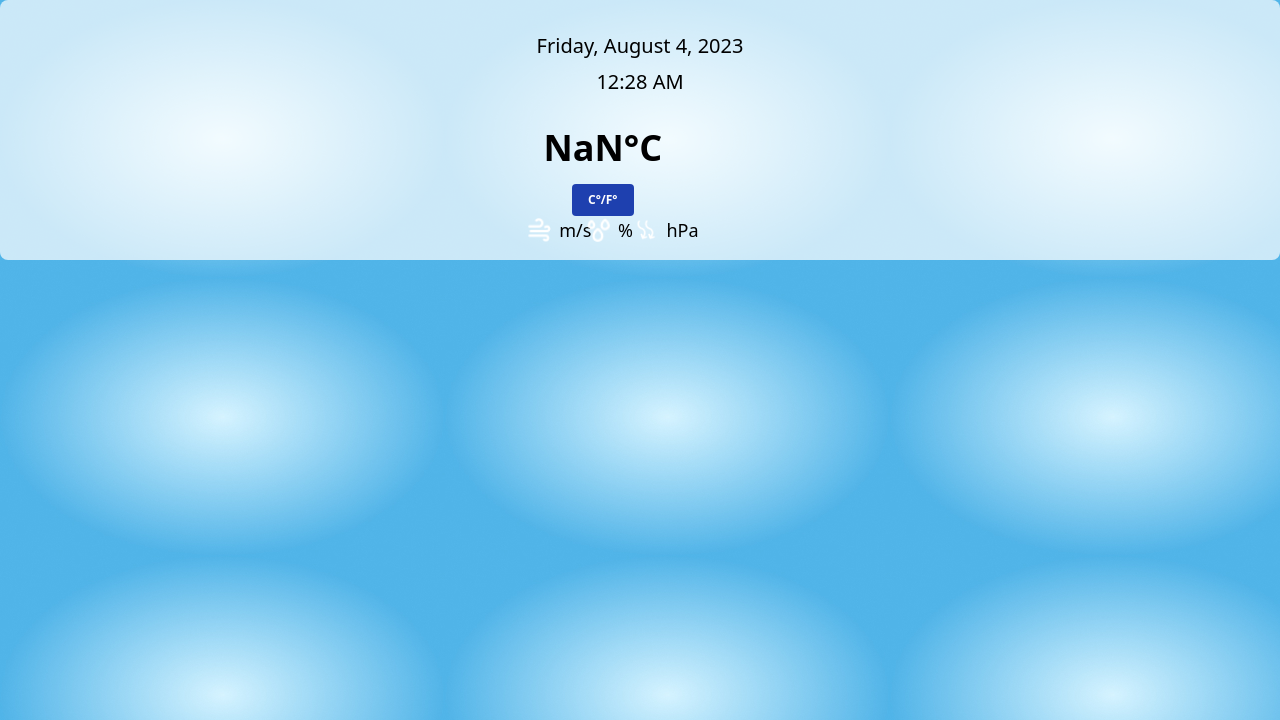
Repository: LukasMoyano/WeatherApp-_-LukasMoyano-_-V-_4.0_6.6.6
Page: /
An editor plug-in stored every save of this project. The page is shown before and after the next save, followed by the edit.
The browser window is 1280 px wide. The pictures show the whole page.
The page's requests for data from a server got no answer. The project was rebuilt for these pictures with package versions that can differ from the ones it lists, and the page was loaded fresh each time. No one was signed in, and anything a server would have sent is missing. Also part of the build but not shown: vite.config.js.

Above is the page before, as saved 2023-08-04 00:31:14.

### index.html
<!DOCTYPE html>
<html lang="en">
  <head>
    <meta charset="UTF-8" />
    <link rel="icon" type="image/png" href="thor-hammer.png">
    <meta name="viewport" content="width=device-width, initial-scale=1.0" />
    <title>WeatherApp - LukasMoyano-_-V-_2.1.1</title>
  </head>
  <body>
    <div id="root"></div>
    <script type="module" src="/src/main.jsx"></script>
  </body>
</html>

### src/main.jsx
import React from 'react'
import ReactDOM from 'react-dom/client'
import App from "/src/App.jsx";

ReactDOM.createRoot(document.getElementById('root')).render(
  <React.StrictMode>
    <App />
  </React.StrictMode>,
)

### src/App.jsx
import { useEffect, useState } from "react";
import axios from "axios";
import Weather from "./components/Weather";
import "./App.css";

function App() {
  const [weatherInfo, setWeatherInfo] = useState(null);

  useEffect(() => {
    navigator.geolocation.getCurrentPosition(success);
  }, []);

  const success = (pos) => {
    console.log(pos);

    const lat = pos.coords.latitude;
    const lon = pos.coords.longitude;
    console.log({ lat, lon });

    const API_KEY = "f61630c5193995d939b6b8024057b009";

    const url = `https://api.openweathermap.org/data/2.5/weather?lat=${lat}&lon=${lon}&appid=${API_KEY}`;

    console.log(url)

    axios
      .get(url)
      .then(({ data }) => setWeatherInfo(data))
      .catch((err) => console.log(err))
  };

  return (
    <main className="bg-[url('/public/background/image001_LightVersion.jpg')] min-h-screen text-whte font-lato">
      <Weather weatherInfo={weatherInfo} />
    </main>
  );
}

export default App;

{/* <main classeName= img="image001_LightVersion.jpg"> */}
 {/* <div className="default-background min-h-screen flex flex-col items-center justify-center"> */}
   {/* <div className="w-full md:max-w-md mx-auto bg-gradient-to-br from-blue-200 to-blue-500 rounded-lg shadow-lg p-4"> */}
     {/* <h1 className="text-center text-3xl font-bold mb-4 font-sans header"> */}
       {/* Lukas<div className="font-bold text-5xl">Weather</div>App 4.0</h1> */}
   {/* </div> */}
 {/* </div> */}
 {/* </main> */}

### src/components/Weather.jsx
import { useState } from "react";

const Weather = ({ weatherInfo }) => {
  const [isCelsius, setIsCelsius] = useState(true);

  // Función para alternar entre Celsius y Fahrenheit al hacer clic en el botón
  const toggleTemperatureUnit = () => {
    setIsCelsius(!isCelsius); // Cambiar la unidad de temperatura entre Celsius y Fahrenheit
  };

  // Función para convertir la temperatura a la unidad seleccionada (Celsius o Fahrenheit)
  const convertTemperature = (temperature) => {
    if (isCelsius) {
      return Math.round(temperature - 273.15) + "°C"; // Conversión a Celsius
    } else {
      return Math.round(((temperature - 273.15) * 9) / 5 + 32) + "°F"; // Conversión a Fahrenheit
    }
  };

  // Función para obtener la fecha y hora actuales
  const getCurrentDateTime = () => {
    const currentDate = new Date();
    const options = {
      weekday: "long",
      day: "numeric",
      month: "long",
      year: "numeric",
    };
    const date = currentDate.toLocaleDateString(undefined, options); // Obtener la fecha actual
    const time = currentDate.toLocaleTimeString(undefined, {
      hour: "numeric",
      minute: "numeric",
    }); // Obtener la hora actual
    return { date, time };
  };

  const { date, time } = getCurrentDateTime(); // Obtener la fecha y la hora actuales

  return (
    <section className="justify-items-center bg-white bg-opacity-70 p-4 rounded-lg text-center">
      <h2 className="text-2xl font-bold mb-4">{weatherInfo?.name}</h2>
      <p className="text-2xl mb-2">{weatherInfo?.sys?.country}</p>
      <p className="text-xl mb-2">{date}</p> {/* Mostrar la fecha */}
      <p className="text-xl">{time}</p> {/* Mostrar la hora */}
      <div className="flex flex-col md:flex-row md:items-start mt-4">
        <div className="md:w-2/3 md:mr-4">
          <article className="mb-4 md:mb-0">
            {/* Icono del clima */}
            <div className="relative">
              {weatherInfo?.weather[0].icon ? (
                <img
                  src={`https://openweathermap.org/img/wn/${weatherInfo?.weather[0].icon}@4x.png`}
                  alt="Weather Icon"
                  className="mx-auto h-24"
                />
              ) : null}
              {/* Superposición para efecto de sombreado */}
              <div className="absolute inset-0 bg-black opacity-50 rounded-lg"></div>
            </div>
            <h3 className="text-base mt-4 mb-2">
              {weatherInfo?.weather[0].description}{" "}
              {/* Mostrar la descripción del clima */}
            </h3>
            <span className="text-4xl font-bold">
              {convertTemperature(weatherInfo?.main.temp)}{" "}
              {/* Mostrar la temperatura convertida */}
            </span>
          </article>
          <button
            onClick={toggleTemperatureUnit}
            className="bg-blue-800 hover:bg-blue-700 text-white font-bold py-2 px-4 rounded mt-4 mx-auto block text-xs"
          >
            C°/F°
          </button>{" "}
          {/* Botón para cambiar la unidad de temperatura */}
          <section className="grid grid-cols-3 gap-4 md:flex md:flex-row md:items-center">
            <article className="flex items-center justify-center flex-col">
              <div className="flex items-center">
                <img
                  src="./images/wind.png"
                  alt="Wind Icon"
                  className="w-6 h-6 mr-2"
                />
                <span className="text-lg">{weatherInfo?.wind.speed}m/s</span>{" "}
                {/* Mostrar la velocidad del viento */}
              </div>
            </article>

            <article className="flex items-center justify-center flex-col">
              <div className="flex items-center">
                <img
                  src="./images/humidity.png"
                  alt="Humidity Icon"
                  className="w-6 h-6 mr-2"
                />
                <span className="text-lg">{weatherInfo?.main.humidity}%</span>{" "}
                {/* Mostrar la humedad */}
              </div>
            </article>

            <article className="flex items-center justify-center flex-col">
              <div className="flex items-center">
                <img
                  src="./images/pressure.png"
                  alt="Pressure Icon"
                  className="w-6 h-6 mr-2"
                />
                <span className="text-lg">{weatherInfo?.main.pressure}hPa</span>{" "}
                {/* Mostrar la presión */}
              </div>
            </article>
          </section>
        </div>
      </div>
    </section>
  );
};

export default Weather;

### src/App.css
@import 'tailwindcss/base';
@import 'tailwindcss/components';
@import 'tailwindcss/utilities';

### tailwind.config.js
/** @type {import('tailwindcss').Config} */
export default {
  content: [
    "./index.html",
    "./src/**/*.{js,ts,jsx,tsx}",
  ],
  theme: {
    extend: {},
    fontFamily: {
      Lato: ["Lato", "Sans-Serif"]
    }
  },
  plugins: [],

}

After the next save:
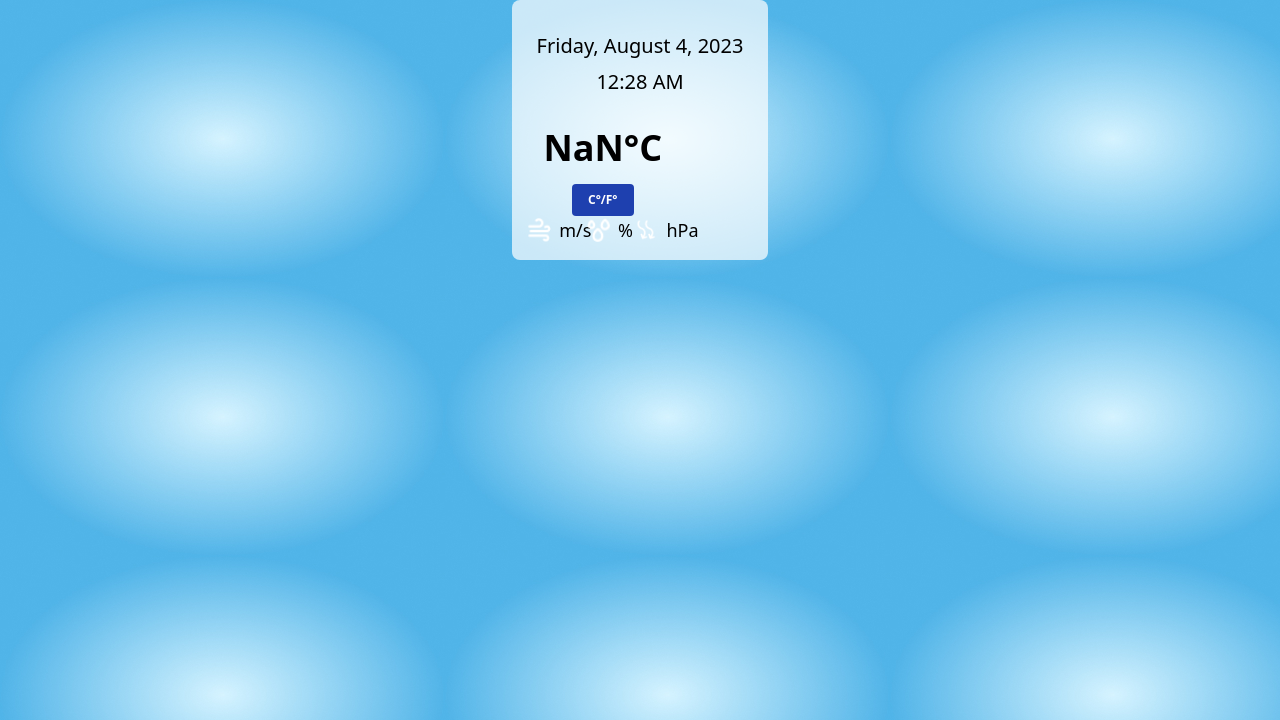
Saved 93 s later.
--- a/src/components/Weather.jsx
+++ b/src/components/Weather.jsx
@@ -37,7 +37,7 @@ const Weather = ({ weatherInfo }) => {
   const { date, time } = getCurrentDateTime(); // Obtener la fecha y la hora actuales
 
   return (
-    <section className="justify-items-center bg-white bg-opacity-70 p-4 rounded-lg text-center">
+    <section className="justify-self-center bg-white bg-opacity-70 p-4 rounded-lg text-center">
       <h2 className="text-2xl font-bold mb-4">{weatherInfo?.name}</h2>
       <p className="text-2xl mb-2">{weatherInfo?.sys?.country}</p>
       <p className="text-xl mb-2">{date}</p> {/* Mostrar la fecha */}
